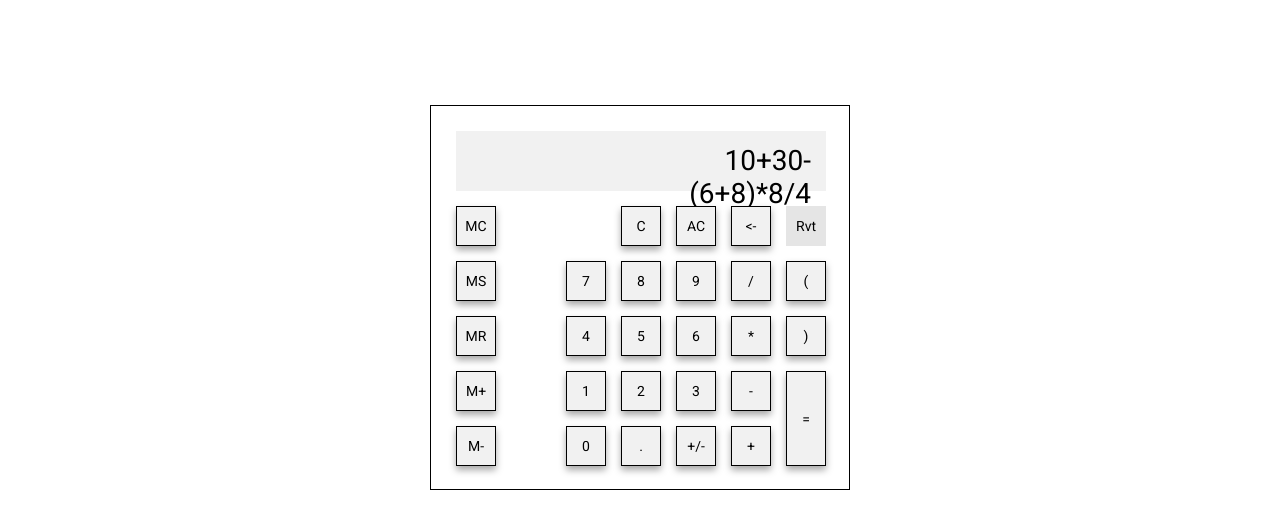
Repository: Teracle/calculator
Page: index.html
The author's editor kept a copy of each file at every save. The page is drawn from the files as they stood at one save, then again after a run of saves.
The browser window is 1280 px wide. The pictures show the whole page.

Above is the page before, as saved 2022-05-06 12:58:11.

### index.html
<!DOCTYPE html>
<html lang="en">
<head>
    <meta charset="UTF-8">
    <meta http-equiv="X-UA-Compatible" content="IE=edge">
    <meta name="viewport" content="width=device-width, initial-scale=1.0">
    <title>Document</title>
    <link rel="stylesheet" href="./css/style.css">

    <!--Google fonts-->
    <link rel="preconnect" href="https://fonts.googleapis.com">
    <link rel="preconnect" href="https://fonts.gstatic.com" crossorigin>
    <link href="https://fonts.googleapis.com/css2?family=Roboto&display=swap" rel="stylesheet">
    <!--Google fonts-->

</head>
<body>

    <section class="calculator">


        <div class="result-field" id="result">10+30-(6+8)*8/4</div>


        <div class="container">

        <div class="buttons-col1">
            <div class="button">MC</div>
            <div class="button">MS</div>
            <div class="button">MR</div>
            <div class="button">M+</div>
            <div class="button">M-</div>
        </div>

        <!-- <div class="buttons-row">
            <div class="button">C</div>
            <div class="button">AC</div>
            <div class="button"><-</div>
            <div class="button button-rvt">Rvt</div>
        </div> -->

        <div class="buttons-row1">
            <div></div>
            <div class="button">7</div>
            <div class="button">4</div>
            <div class="button" value="1" id="num1">1</div>
            <div class="button">0</div>

        </div>

        <div class="buttons-row2">
            <div class="button">C</div>
            <div class="button">8</div>
            <div class="button">5</div>
            <div class="button">2</div>
            <div class="button">.</div>

        </div>
        <div class="buttons-row2">
            <div class="button">AC</div>
            <div class="button">9</div>
            <div class="button">6</div>
            <div class="button">3</div>
            <div class="button">+/-</div>

        </div>

        <div class="buttons-row2">
            <div class="button"><-</div>
            <div class="button" id="divide">/</div>
            <div class="button" id="plus">*</div>
            <div class="button" id="minus">-</div>
            <div class="button" id="plus">+</div>

        </div>

        <div class="buttons-row2">
            <div class="button button-rvt">Rvt</div>
            <div class="button">(</div>
            <div class="button">)</div>
            <div class="button button-calculate">=</div>


        </div>


        <!-- <div class="buttons-grid-main">
            <div class="button">7</div>
            <div class="button">4</div>
            <div class="button">1</div>
            <div class="button">0</div>
        </div> -->


        </div>

    </section>


    <script src="./js/script.js"></script>
</body>
</html>

### css/style.css
*{
    box-sizing: border-box;
}

h1,h2,h3,h4,h5,p{
    margin: 0;
    padding: 0;
}

body{
    font-family:'Roboto',sans-serif;
    font-weight: 400;
    font-size: 14px;
    color: #000000;
}

.container{
    margin-left: 25px;
    margin-right: 25px;
    max-width: 371px;
    display: flex;
}

.calculator{
    max-width: 420px;
    height: 385px;
    margin: 105px auto;
    border:1px solid #000000;
}

.result-field{
    margin: 25px;
    margin-bottom: 15px;
    width:370px;
    height: 60px;
    background-color: #F1F1F1;
    padding-left: 162px;
    padding-right: 15px;
    padding-top: 13px;
    font-size: 28px;
    line-height: 33px;
    text-align: right;
}



.buttons-col1>*{
    margin-bottom: 15px;
}


.button{
    width: 40px;
    height: 40px;
    background-color: #F1F1F1;
    border:1px solid #000000;
    box-shadow:0px 4px 7px rgb(0 0 0 / 35%);
    display: flex;
    justify-content: center;
    align-items: center;
    cursor: pointer;
    transition: transform .2s ease-in, box-shadow .2s ease-in;
}


.button:active{
    transform: scale(0.85);
    box-shadow: 3px 2px 25px 1px rgba(0,0,0,0.25);
}

.buttons-row{
    margin-left: 110px;
    display: flex;
}

.buttons-row>*{
    margin-left: 15px;
}

.button-rvt{
   background-color: #E5E5E5;
   border: none;
   box-shadow: unset;
}

.buttons-row1{
    margin-top: 40px;
    margin-left: 70px;
}

.buttons-row1>*,.buttons-row2>*{
    margin-bottom: 15px;
}

.buttons-row2{
    margin-left: 15px;

}

.button-calculate{
    height: 95px;
}

### js/script.js
const num1=document.getElementById('num1');
const result=document.getElementById('result');

num1.addEventListener('click',()=>{
    result.innerHTML=num1.getAttribute('value');

})

After the next 2 saves:
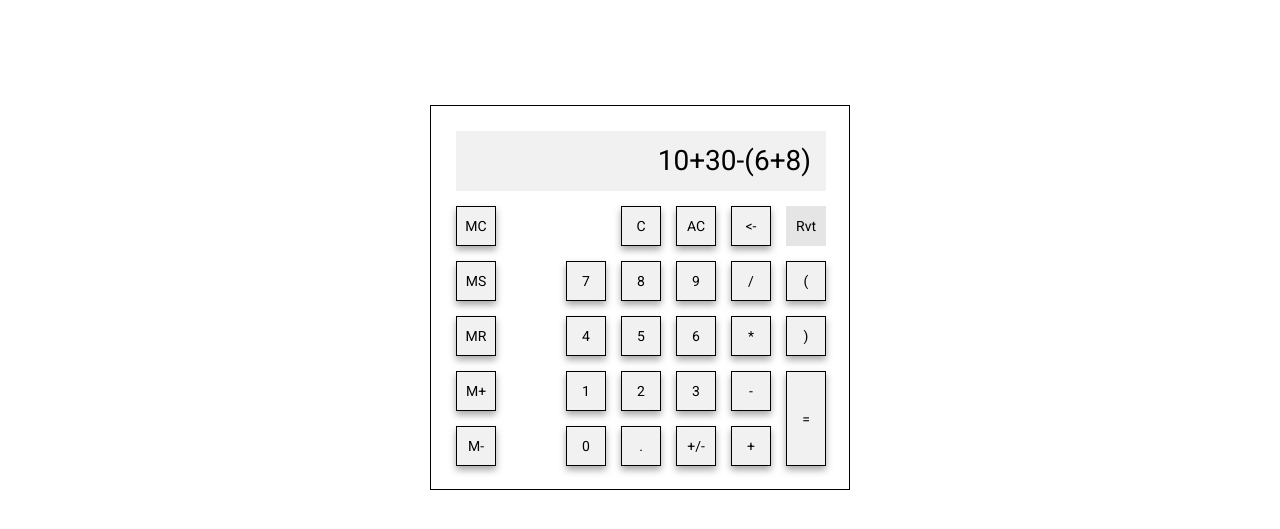
The 2 saves are shown as one change because they came seconds apart.
The last was saved 13 s later.
--- a/index.html
+++ b/index.html
@@ -19,7 +19,7 @@
     <section class="calculator">
 
 
-        <div class="result-field" id="result">10+30-(6+8)*8/4</div>
+        <div class="result-field" id="result">10+30-(6+8)</div>
 
 
         <div class="container">
